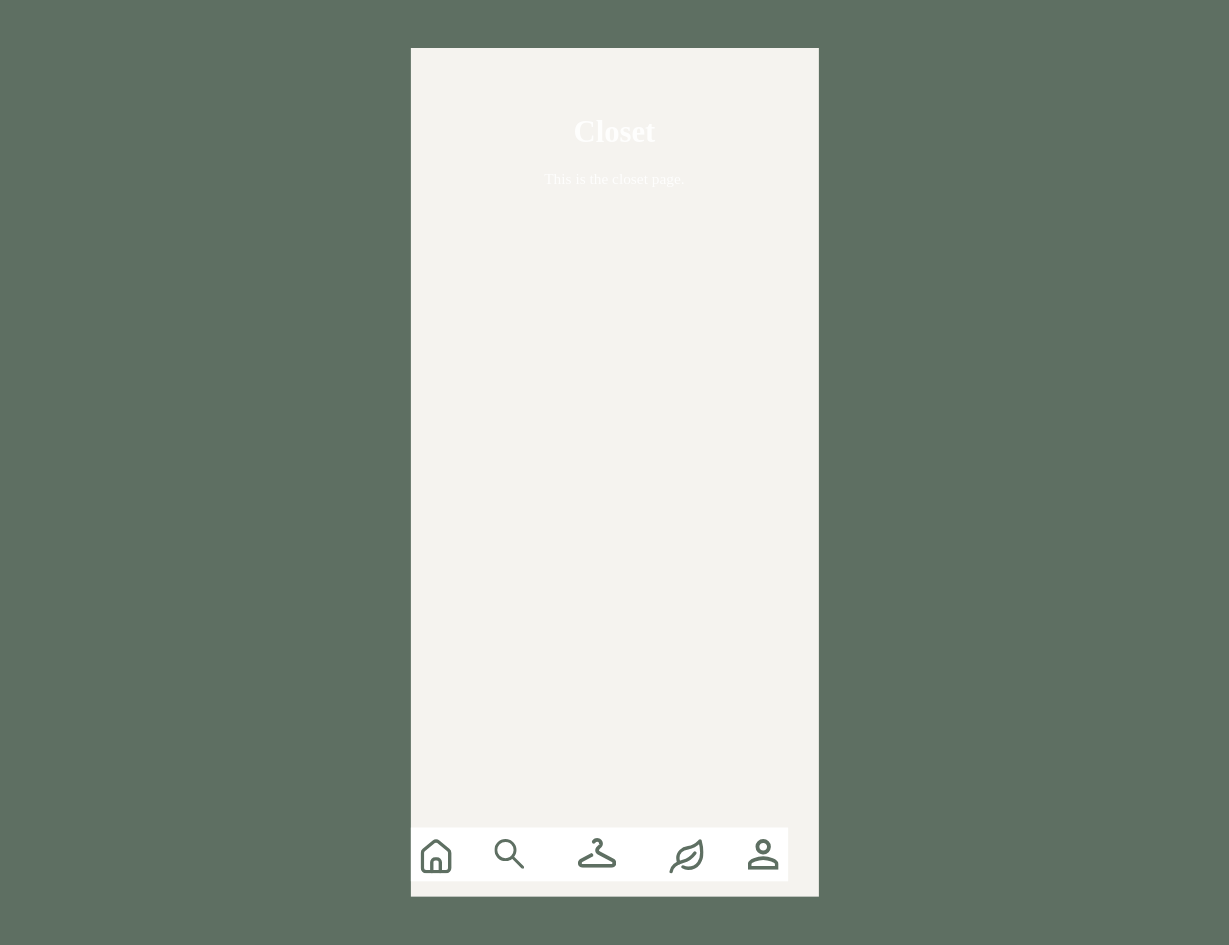
Repository: Strawb3rryjam/app-slotion
Page: /closet
An editor plug-in stored every save of this project. The page is shown before and after the next save, followed by the edit.
The browser window is 1280 px wide. The pictures show the whole page, at 96% of full size.
The project was rebuilt for these pictures with package versions that can differ from the ones it lists, and the page was loaded fresh each time. Also part of the build but not shown: vite.config.js. Imported but missing from the stored project, and not drawn on this page: src/pages/Home.

Above is the page before, as saved 2025-05-07 13:51:49.

### src/main.jsx
import { StrictMode } from 'react'
import { createRoot } from 'react-dom/client'
import './index.css'

import { BrowserRouter } from 'react-router-dom'
import App from './App.jsx'

createRoot(document.getElementById('root')).render(
  <StrictMode>
    <BrowserRouter>
      <App />
    </BrowserRouter>
  </StrictMode>
)

### src/index.css
:root {
  color: rgba(255, 255, 255, 0.87);
}

body {
  width: 393px;
  min-height: 852px;
  padding: 16px;
  margin: 0 auto;
  margin-top: 50px;
  margin-bottom: 50px;

  background-color: #F5F3EF;
  position: relative;

}

html {
  background-color: #5E6F62;
}

### src/App.jsx
import './App.css'
import Home from './pages/Home'
import Closet from './pages/Closet'
import {Routes, Route} from 'react-router-dom'
import NavBar from './components/NavBar'


function App() {
  return (
    <div>
      <NavBar />
      <main className = "main-content">
        <Routes>
          <Route path = "/" element = {<Home />} />
          <Route path = "/closet" element = {<Closet />} />

        </Routes>
      </main>
    </div>

  )
}

export default App

### src/pages/Closet.jsx

function Closet() {
  return (
    <div>
      <h1>Closet</h1>
      <p>This is the closet page.</p>
    </div>
  );
}

export default Closet;

### src/components/NavBar.jsx
import { Link } from "react-router-dom";
import styles from "../css/NavBar.module.css";  // Use this to import styles

/*images*/
import homeIcon from "../assets/Home.svg";
import searchIcon from "../assets/search.svg";
import closetIcon from "../assets/Hanger.svg";
import tipsIcon from "../assets/leaf.svg";
import profileIcon from "../assets/Profile.svg";

/*component*/
import ClosetButton from "../components/closetPageButton";


function NavBar() {
    return (
        <nav className={styles.navbar}> {/* Use styles.navbar for CSS modules */}
            <div className={styles["navbar-links"]}> {/* Use styles for other classes */}
                <Link to="/" className={styles.Home}>
                    <img src={homeIcon} alt="Home" className={styles["nav-icon"]} />
                </Link>
                <Link to="/Search" className={styles.Search}>
                    <img src={searchIcon} alt="Search" className={styles["nav-icon"]} />
                </Link>

                <ClosetButton /> {/* Include the ClosetButton component here */}


                <Link to="/Tips" className={styles.Tips}>
                    <img src={tipsIcon} alt="Tips" className={styles["nav-icon"]} />
                </Link>
                <Link to="/Profile" className={styles.Profile}>
                    <img src={profileIcon} alt="Profile" className={styles["nav-icon"]} />
                </Link>

            </div>
        </nav>
    );
}

export default NavBar;

### src/css/NavBar.module.css
.navbar {
    background-color: white;
    padding: 10px 0 ;
    width: 393px;
    position: absolute;
    bottom: 16px;
    left: 0;
    display: flex;
    justify-content: center;  /* Align the navbar content centrally */
}

.navbar-links {
    display: flex;
    justify-content: space-between; /* Space out the icons evenly */
    align-items: center;
    width: 100%; /* Take up the full width of the navbar */
    padding: 0 10px; /* Add some padding to the sides */
  }


  /*icons*/
  .Home {
    width: 28.444px;
    height: 32px;
  }

  .Search{
    width: 31px;
    height: 31px;
  }

  .Tips{
    width: 32px;
    height: 32px;
  }

.Profile{
  width: 32px;
  height: 32px;
}

### src/components/closetPageButton.jsx
import { useState } from "react";
import { Link } from "react-router-dom";
import styles from "../css/closetPageButton.module.css"; // ✅ Make sure file name matches

// Import icons
import closetNotActive from "../assets/Hanger.svg";
import closetActive from "../assets/HangerActive.svg";



export default function ClosetButton() {
    const [isActive, setIsActive] = useState(false);

    const handleClick = () => {
        setIsActive(!isActive);
    };

    return (
        <div className={styles.closetWrapper}>
            {isActive && (
                <div className={styles.dropdown}>
                    <Link to="/CreatePost" className={styles.dropdownOption1}>Create Post</Link>
                    <Link to="/Closet" className={styles.dropdownOption2}>View Closet</Link>
                </div>
            )}
            <button onClick={handleClick} className={styles.Closet}>
                <img
                    src={isActive ? closetActive : closetNotActive}
                    alt="Closet"
                    className={styles["nav-icon"]}
                />
            </button>
        </div>
    );
}

### src/css/closetPageButton.module.css
.closetWrapper {
    position: relative;
    display: inline-block;
}

.dropdown {
    top: -110px; /* adjust as needed */
    border-radius: 8px;
    padding: 0.5rem;
    display: flex;
    flex-direction: column;
    align-items: center;

    gap: 0.5rem;
    z-index: 10;

    position: absolute;
    bottom: 100%;
    left: 50%;
    transform: translateX(-50%);

}

.dropdownOption1,
.dropdownOption2 {
    color: white;
    text-decoration: none; /* removes underline */
    padding: 0.5rem 1rem;
    border-radius: 4px;
    font-weight: bold;
    text-align: center;
    background-color: transparent;
    transition: background-color 0.2s;
    align-self: center;

    width: 361px;
    height: 59px;
    background-color: #4CAF50; /* green background */


}

.dropdownOption1:hover,
.dropdownOption2:hover {
    background-color: rgba(255, 255, 255, 0.2); /* subtle hover effect */
}

.Closet {
    background: none;
    border: none;
    cursor: pointer;
}

.nav-icon {
    width: 40px;
    height: auto;
}

Loaded but not shown: index.html (common file); src/App.css (common file)

After the next save:
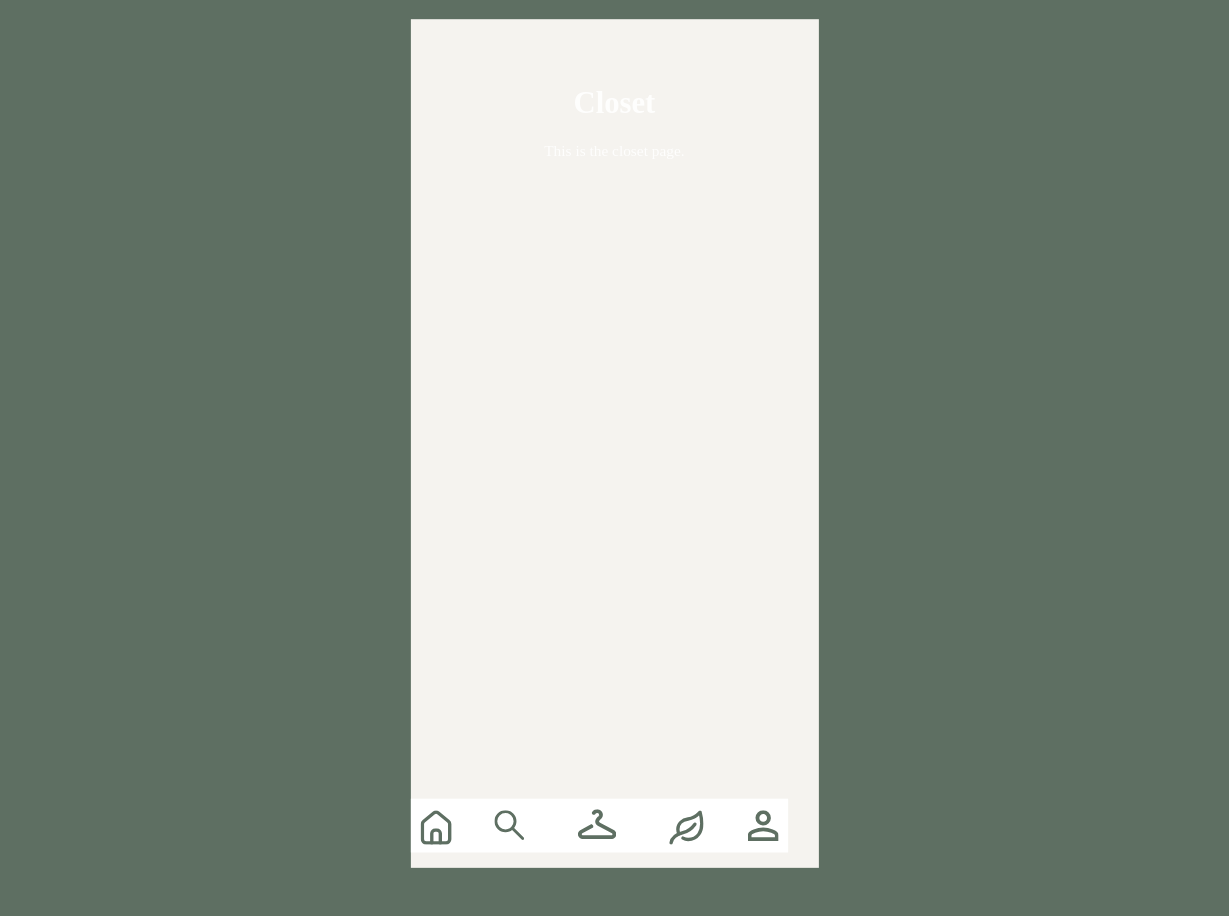
Saved 15 s later.
--- a/src/index.css
+++ b/src/index.css
@@ -7,7 +7,7 @@ body {
   min-height: 852px;
   padding: 16px;
   margin: 0 auto;
-  margin-top: 50px;
+  margin-top: 20px;
   margin-bottom: 50px;
 
   background-color: #F5F3EF;
